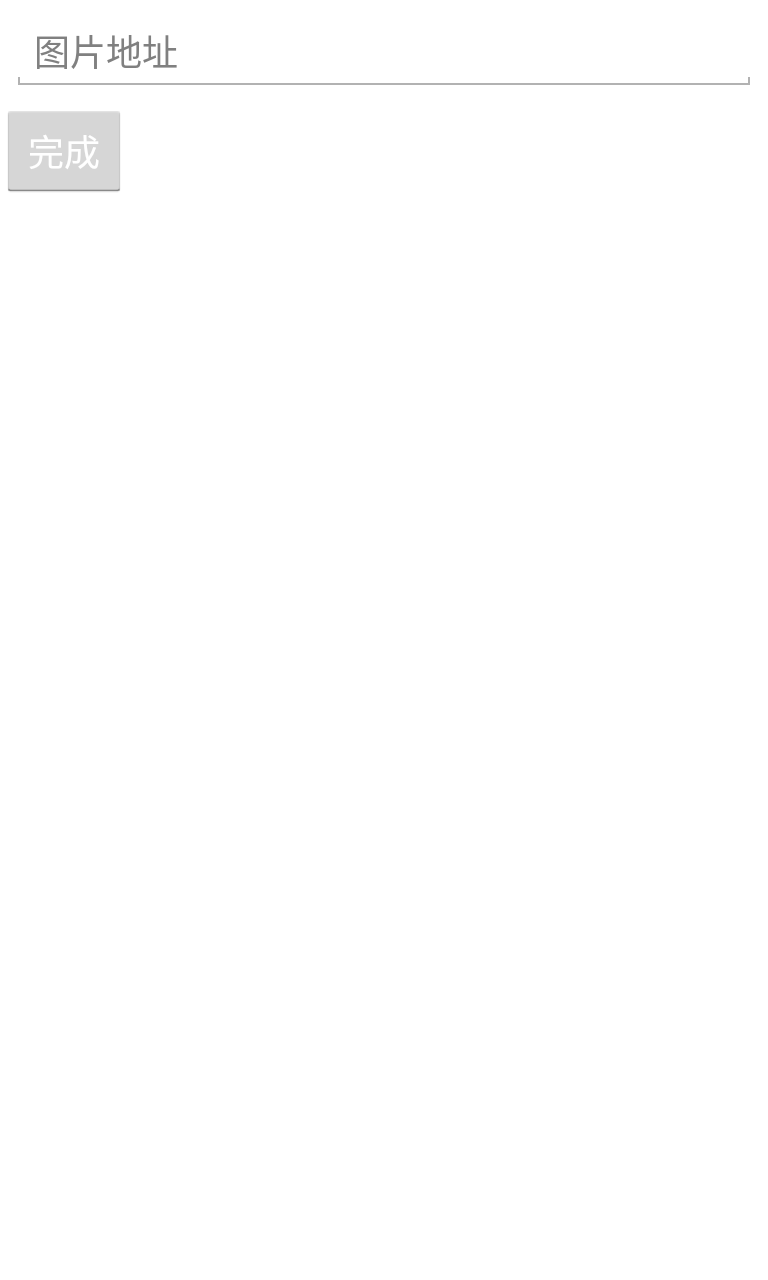
Repository: taiyang0725/Android
Layout: TestViewPage/res/layout/net_pic.xml
These files come from the project's save history. The layout is drawn as it stood at one moment and after the next save; the edit follows.
It is drawn on a 768 x 1280 px phone screen (xhdpi) without system bars, with theme AppTheme; the app's code is not run.

Above is the layout before, as saved 2015-05-14 08:09:38.

After the next save:
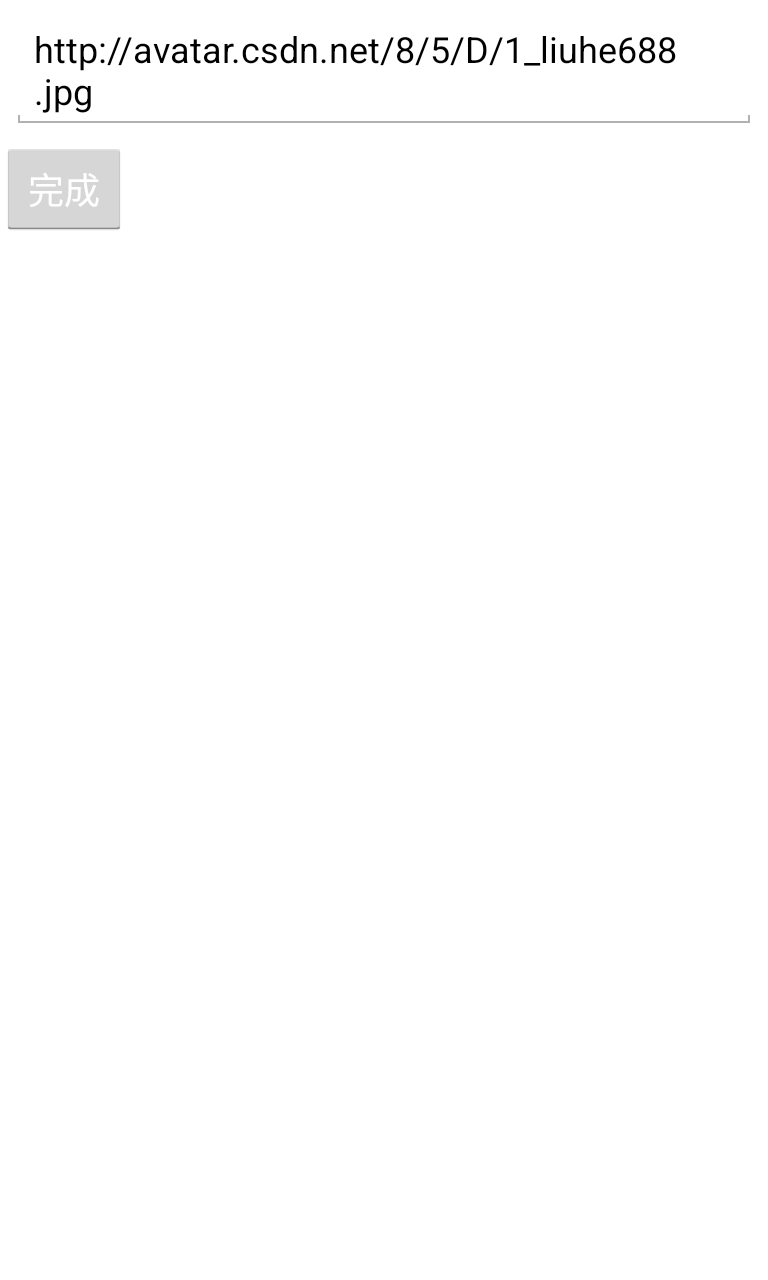
Saved 2 min 11 s later.
--- a/TestViewPage/res/layout/net_pic.xml
+++ b/TestViewPage/res/layout/net_pic.xml
@@ -9,7 +9,8 @@
         android:layout_width="match_parent"
         android:layout_height="wrap_content"
         android:layout_margin="5dp"
-        android:hint="图片地址"
+        android:text="http://avatar.csdn.net/8/5/D/1_liuhe688.jpg"
+
         />
     <Button
         android:id="@+id/btn_net"
